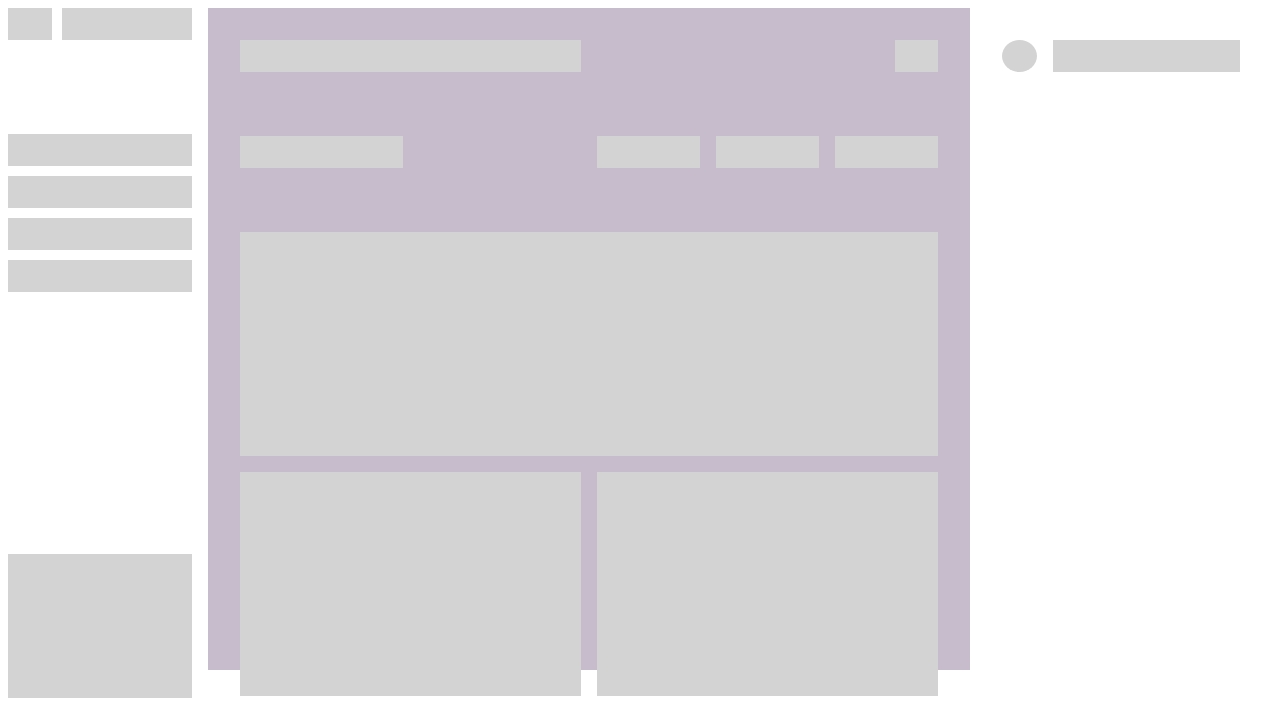
Repository: tr2cky/exercise2
Page: index.html
An editor plug-in stored every save of this project. The page is shown before and after the next save, followed by the edit.
The browser window is 1280 px wide. The pictures show the whole page.

Above is the page before, as saved 2022-10-01 18:48:58.

After the next save:
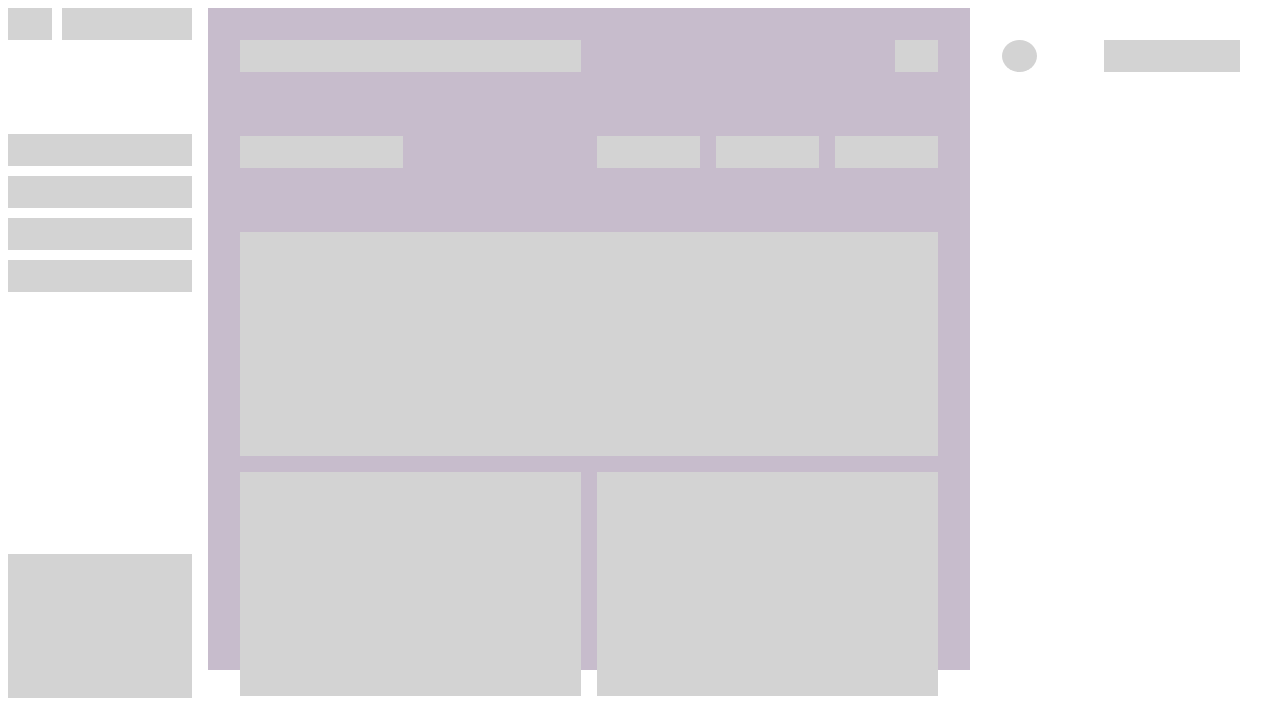
Saved 20 s later.
--- a/style.css
+++ b/style.css
@@ -112,5 +112,5 @@ main div,
     border-radius: 50%;
 }
 #boxw {
-    grid-area: 1 / 2 / 1 / 6;
+    grid-area: 1 / 3 / 1 / 6;
 }
